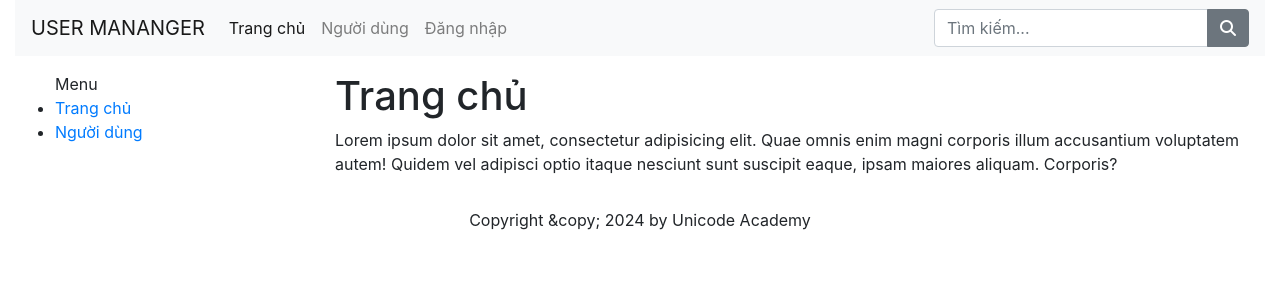
Repository: tam1512/USER_MANAGERMENT_MVC
Page: http://localhost/nguoi-dung
These files come from the project's save history. The page is drawn as it stood at one moment and after the next save; the edit follows.
The browser window is 1280 px wide. The pictures show the whole page.
The page is run by PHP 8.4 with error messages shown; the project is at /var/www/html/. Other server files are loaded and not shown.

Above is the page before, as saved 2024-04-04 16:33:16.

### index.php
<?php
use App\App;
session_start();
require_once 'bootstrap.php';

$app = new App();

### bootstrap.php
<?php
define("_WEB_PATH_ROOT", __DIR__);

//xử lý lấy ra web root
if(!empty($_SERVER['HTTPS']) && $_SERVER['HTTPS']=='on') {
   $protocol = 'https://';
} else {
   $protocol = 'http://';
}

$docRoot =  str_replace('\\','/',$_SERVER['DOCUMENT_ROOT']);
$pathRoot = str_replace('\\','/',_WEB_PATH_ROOT);
$path = preg_replace('~^'.$docRoot.'~', '', $pathRoot);
define("_WEB_HOST_ROOT", $protocol.$_SERVER['HTTP_HOST'].$path);

//load all config
$dataConfig = scandir('configs');
if(!empty($dataConfig)) {
   unset($dataConfig[0]);
   unset($dataConfig[1]);

   foreach($dataConfig as $item) {
      $path = "configs/$item";
      if(file_exists($path)) {
         require_once $path;
      }
   }
}

//load config Database and core database
if(!empty($config['database'])) {
   $config_data = $config['database'];

   if(!empty($config_data)) {
      require_once('core/Connection.php');
      require_once('core/QueryBuilder.php');
      require_once('core/Database.php');
      require_once('core/DB.php');
   }
}

//load all helpers
$dataHelper = scandir('app/helpers');
if(!empty($dataHelper)) {
   unset($dataHelper[0]);
   unset($dataHelper[1]);

   foreach($dataHelper as $item) {
      $path = "app/helpers/$item";
      if(file_exists($path)) {
         require_once $path;
      }
   }
}

//load all services
if(!empty($config['app']['services'])) {
   $allServices = $config['app']['services'];
   if(!empty($allServices)) {
      foreach($allServices as $service) {
         $className = getNameClass($service);
         $path = 'app/core/'.$className.'.php';
         if(file_exists($path)) {
            require_once($path);
      }
   }
}
}


// load core hash
require_once('core/Hash.php');

// load core routes
require_once('core/Routes.php');

//load core session
require_once('core/Session.php');

//load core helper
require_once('core/Helper.php');

//load core request
require_once('core/Request.php');

//load core response
require_once('core/Response.php');

//load core model
require_once('core/Model.php');

//load core template
require_once('core/Template.php');

//load core controller
require_once('core/Controller.php');

//load core load
require_once('core/Load.php');

//load core load
require_once('core/View.php');

//load core load
require_once('core/ServiceProvider.php');

//load core load
require_once('app/core/AppServiceProvider.php');

//load core middlewares
require_once('core/Middlewares.php');

//load all middlewares
$dataMiddlewares = scandir('app/middlewares');
if(!empty($dataMiddlewares)) {
   unset($dataMiddlewares[0]);
   unset($dataMiddlewares[1]);

   foreach($dataMiddlewares as $item) {
      $path = "app/middlewares/$item";
      if(file_exists($path)) {
         require_once $path;
      }
   }
}

//load app
require_once('app/App.php');

### configs/app.php
<?php
use App\Core\AppServiceProvider;
use App\Core\htmlHelper;
use App\Middlewares\AuthMiddleware;
use App\Middlewares\ParamsMiddleware;
$config['app'] = [
   'services' => [
      htmlHelper::class
   ],
   'routeMiddleware' => [
      // 'san-pham' => AuthMiddleware::class
   ],
   'globalMiddleware' => [
      // ParamsMiddleware::class
   ],
   'boot' => [
      AppServiceProvider::class
   ]
   ];

### configs/database.php
<?php
$config['database'] = [
   'host' => 'localhost',
   'user' => 'root',
   'pass' => '',
   'db' => 'mvc_base',
   'dbdriver' => 'mysql'
];

### configs/hash.php
<?php
$config['hash'] = [
   'type' => 'default'
];

### configs/routes.php
<?php
$routes['default_controller'] = 'home';

$routes['trang-chu'] = 'home';
$routes['nguoi-dung'] = 'user';
// $routes['san-pham/(.+)'] = 'product/detail/$1';

### configs/session.php
<?php
$config['session'] = [
   'session_key' => 'unicode_session'
];

### core/Connection.php
<?php
namespace App\Core;
use \PDO;
use \Exception;
use App\App;
class Connection {
   private static $conn;


   private function __construct($config_data) {
      try {
         if (class_exists('PDO')) {
            $dsn = $config_data['dbdriver'] . ':dbname=' . $config_data['db'] . ';host=' . $config_data['host'];

            $options = [
               PDO::MYSQL_ATTR_INIT_COMMAND => 'SET NAMES utf8',
               PDO::ATTR_ERRMODE => PDO::ERRMODE_EXCEPTION //Đẩy lỗi vào ngoại lệ truy vấn
            ];

               self::$conn = new PDO($dsn, $config_data['user'], $config_data['pass'], $options);
         }
      } catch (Exception $e) {
         App::$app->loadError('database', ['message' => $e->getMessage()]);
         exit();
      }
   }


   public static function getInstance($config_data) {
      if(self::$conn == null) {
         new Connection($config_data);
      }
      return self::$conn;
   }
}

### core/QueryBuilder.php
<?php
namespace App\Core;
trait QueryBuilder {
   private $tableName = '';
   private $where = '';
   private $field = '*';
   private $join = '';
   private $limit = '';
   private $orderBy = '';

   public function table($tableName) {
      $this->tableName = $tableName;
      return $this;
   }

   public function select($field) {
      $this->field = $field;
      return $this;
   }

   public function where($field, $compare, $value) {
      if(empty($this->where)) {
         $this->where = " WHERE $field $compare '$value'";
      } else {
         $this->where .= " AND $field $compare '$value'";
      }

      return $this;
   }

   public function orWhere($field, $compare, $value) {
      if(empty($this->where)) {
         $this->where = " WHERE $field $compare '$value'";
      } else {
         $this->where .= " OR $field $compare '$value'";
      }

      return $this;
   }

   public function whereLike($field, $value) {
      if(empty($this->where)) {
         $this->where = " WHERE $field LIKE '$value'";
      } else {
         $this->where .= " AND $field LIKE '$value'";
      }

      return $this;
   }

   public function limit($number, $offset = 0) {
      $this->limit = " LIMIT $offset, $number";
      return $this;
   }

   public function orderBy($field, $type='ASC') {
      $fieldArr = array_filter(explode(',', $field));
      if(!empty($fieldArr) && count($fieldArr) >= 2) {
         //ORDER BY id ASC, fullname DESC (multi order by)
         $this->orderBy = " ORDER BY ".implode(', ', $fieldArr);
      } else {
         //ORDER BY id ASC
         $this->orderBy = " ORDER BY $field $type";
      }
      return $this;
   }
   public function join($name, $condition) {
         $this->join .= " INNER JOIN $name ON $condition";
         return $this;
   }

   public function leftJoin($name, $condition) {
         $this->join .= " LEFT JOIN $name ON $condition";
         return $this;
   }

   public function rightJoin($name, $condition) {
         $this->join .= " RIGHT JOIN $name ON $condition";
         return $this;
   }

   public function fullJoin($name, $condition) {
         $this->join .= " FULL OUTER JOIN $name ON $condition";
         return $this;
   }

   public function get() {
      $sql = "SELECT $this->field FROM $this->tableName $this->join $this->where $this->orderBy $this->limit";
      echo $sql;
      $this->resetQueryBuilder();
      return $this->getRaw($sql);
   }

   public function first() {
      $sql = "SELECT $this->field FROM $this->tableName $this->join $this->where $this->orderBy $this->limit";
      $this->resetQueryBuilder();
      return $this->firstRaw($sql);
   }

   public function insert($data) {
      return $this->insertData($this->tableName, $data);
   }

   public function lastId() {
      return $this->lastInsertId();
   }

   public function update($data) {
      $condition = trim(trim($this->where), 'WHERE');
      return $this->updateData($this->tableName, $data, $condition);
   }

   public function delete() {
      $condition = trim(trim($this->where), 'WHERE');
      return $this->deleteData($this->tableName, $condition);
   }

   public function count() {
      $sql = "SELECT $this->field FROM $this->tableName $this->join $this->where $this->orderBy $this->limit";
      $this->resetQueryBuilder();
      return $this->getRows($sql);
   }
   private function resetQueryBuilder() {
      $this->tableName = '';
      $this->where = '';
      $this->field = '*';
      $this->join = '';
      $this->limit = '';
      $this->orderBy = '';
   }
}

### core/Database.php
<?php
namespace App\Core;
use \Exception;
use \PDO;
class Database {
   use QueryBuilder;
   private $__conn = null;
   private $sql = null;
   public function __construct() {
      global $config_data;
      $this->__conn = Connection::getInstance($config_data);
   }

   public function query($sql, $data=[], $statementStatus = false) {
      $this->sql = $sql;
      $query = false;
      // echo $sql;
      try{
         $statement = $this->__conn->prepare($this->sql);
         if(empty($data)) {
            $query = $statement->execute();
         } else {
            $query = $statement->execute($data);
         }
      }catch(Exception $e){
         echo $e->getMessage();
         echo '<br/>';
         echo '<p><b>SQL Query :</b> <i>'.$this->sql.'</i></p>';
         exit();
      }

      if($statementStatus && $query) {
         return $statement;
      }

      return $query;
   }

   private function fetch($sql) {
      $statement = $this->query($sql, [], true);

      if(is_object($statement)) {
         return $statement;
      }
      return false;
   }

   function getRaw($sql) {
      $statement = $this->fetch($sql);

      if(!empty($statement)) {
         return $statement->fetchAll(PDO::FETCH_ASSOC);
      }
      return false;
   }

   function firstRaw($sql) {
      $statement = $this->fetch($sql);

      if(!empty($statement)) {
         return $statement->fetch(PDO::FETCH_ASSOC);
      }
      return false;
   }

   function insertData($table, $dataInsert) {
      $arrKeys = array_keys($dataInsert);
      $fieldStr = implode(', ', $arrKeys);

      $valueStr = ':'.implode(', :', $arrKeys);

      $sql = "INSERT INTO $table($fieldStr) VALUES ($valueStr);";

      return $this->query($sql, $dataInsert);
   }

   function updateData($table, $dataUpdate, $condition) {
      $updateStr = '';
      foreach($dataUpdate as $key => $value) {
         $updateStr .= $key.' = :'.$key . ', ';
      }
      $updateStr = rtrim($updateStr, ', ');

      if(empty($condition)) {
         $sql = "UPDATE $table SET $updateStr";
      } else {
         $sql = "UPDATE $table SET $updateStr WHERE $condition";
      }
      return $this->query($sql, $dataUpdate);
   }
   function deleteData($table, $condition = '') {
      $sql = '';
      if(empty($condition)) {
         $sql = "DELETE FROM $table";
      } else {
         $sql = "DELETE FROM $table WHERE $condition";
      }

      return $this->query($sql);
   }

   // Lấy ra số dòng truy vấn
   function getRows($sql) {
      $statement = $this->fetch($sql);
      if(!empty($statement)) {
         return $statement->rowCount();
      }
      return false;
   }

   // Lấy ra id vừa insert
   function lastInsertId() {
      return $this->__conn->lastInsertId();
   }

   function getPdo() {
      return $this->__conn;
   }
}

### core/DB.php
<?php
namespace App\Core;
class DB {
   public $db = null;

   public function __construct() {
      $this->db = new Database();
   }
}

### app/helpers/functions.php
<?php
   function getNameClass($namespace) {
      if(preg_match('~\\\~', $namespace)) {
         $namespaceArr = explode('\\', $namespace);
         $className = end($namespaceArr);
      } else {
         $className = $namespace;
      }
      return $className;
   }

### app/core/htmlHelper.php
<?php
namespace App\Core;
class htmlHelper {
   static function openForm($method='get', $action ='') {
      echo '<form method="'.$method.'" action="'.$action.'">';
   }
   static function closeForm() {
      echo '</form>';
   }

   static function input($before='', $after='', $type='text', $name, $value='', $class='', $id='', $placeholder='') {
      echo $before.'<input type="'.$type.'" class="'.$class.'" id="'.$id.'" name="'.$name.'" value ="'.$value.'" placeholder="'.$placeholder.'">'.$after;
   }

   static function button($before="", $after='', $type='button', $class='', $id='', $content, $name='') {
      echo $before.'<button type="'.$type.'" class="'.$class.'" id="'.$id.'" name="'.$name.'">'.$content.'</button>'.$after;
   }
}

### core/Hash.php
<?php
namespace App\Core;
class Hash {
   public static function make($password) {
      global $config;

      $algo = [
         'default' => PASSWORD_DEFAULT,
         'bcrypt' => PASSWORD_BCRYPT,
         'argon2i' => PASSWORD_ARGON2I,
         'argon2id' => PASSWORD_ARGON2ID
      ];

      if(!empty($config['hash'])) {
         $configHash = $config['hash'];
         $type = $configHash['type'] ?? null;

         if(!empty($algo[$type])) {
            return password_hash($password, $algo[$type]);
         }

      }
      return false;
   }

   public static function check($password, $hash) {
      return password_verify($password, $hash);
   }
}

### core/Routes.php
<?php
namespace App\Core;
class Routes {
   private $__routeKey;
   public function handleRoutes($url) {
      global $routes;
      unset($routes['default_controller']);
      $urlHandle = trim($url, '/');
      if(!empty($routes)) {
         foreach($routes as $key=>$value) {
            if(preg_match('~^'.$key.'$~is', $urlHandle)) {
               $urlHandle = preg_replace('~^'.$key.'$~is', $value, $urlHandle);
               $this->__routeKey = $key;
            }
         }
      }
      return $urlHandle;
   }

   public function getRouteKey() {
      return $this->__routeKey;
   }
}

### core/Session.php
<?php
namespace App\Core;
use App\App;
class Session {
   public static function data($key='', $value='') {
      $sessionKey = self::isInvalid();

      if(!empty($sessionKey)) {
         if(!empty($key)) {
            if(!empty($value)) {
               $_SESSION[$sessionKey][$key] = $value;
               return true;
            } else {
               if(isset($_SESSION[$sessionKey][$key]))
               return $_SESSION[$sessionKey][$key];
            }
         } else {
            if(isset($_SESSION[$sessionKey]))
            return $_SESSION[$sessionKey];
         }
      }
      return false;
   }

   public static function delete($key='') {
      $sessionKey = self::isInvalid();
      if(!empty($sessionKey)) {
         if(!empty($key)) {
            unset($_SESSION[$sessionKey][$key]);
            return true;
         } else {
            unset($_SESSION[$sessionKey]);
            return true;
         }
      }
      return false;
   }

//tạo => tương tự data, gọi => tự động xóa
   public static function flash($key='', $value='') {
      $flashData = self::data($key, $value);
      if(empty($value)) {
         self::delete($key);
         return $flashData;
      }
   }

   static public function showErrors($message) {
      $data = ['message' => $message];
      App::$app->loadError('exception', $data);
      die();
   }

   static public function isInvalid() {
      global $config;
      if(!empty($config['session'])) {
         $sessionConfig = $config['session'];
         if(!empty($sessionConfig['session_key'])) {
            $sessionKey = $sessionConfig['session_key'];
            return $sessionKey;
         } else {
            self::showErrors('Thiếu cấu hình session_key. Vui lòng kiểm tra file configs/session.php');
         }
      } else {
         self::showErrors('Thiếu cấu hình session_key. Vui lòng kiểm tra file configs/session.php');
      }
      return false;
   }
}

### core/Helper.php
<?php
use App\core\Session;
$errors = Session::flash('errors');
$old = Session::flash('old');

if(!function_exists('form_error')) {
   function form_error($fieldName, $before='', $after='') {
      global $errors;
      if(!empty($errors[$fieldName])) {
         return $before.'<i>'.$errors[$fieldName].'</i>'.$after;
      }
      return false;
   }
}

if(!function_exists('old')) {
   function old($fieldName, $default = '') {
      global $old;
      if(!empty($old[$fieldName])) {
         return $old[$fieldName];
      }
      return $default;
   }
}

### core/Response.php
<?php
namespace App\Core;
class Response {
   public function redirect($uri = '') {
      if(preg_match('~~^http|https~', $uri)) {
         $url = $uri;
      } else {
         $url = _WEB_HOST_ROOT.'/'.$uri;
      }
      header('Location: '.$url);
      exit();
   }
}

### core/Model.php
<?php
namespace App\Core;
abstract class Model extends Database{
   protected $db;
   public function __construct() {
      $this->db = new Database();
   }

   abstract function tableFill();
   abstract function fieldFill();
   abstract function primaryKey();

   function all($condition = '') {
      $table = $this->tableFill();
      $field = $this->fieldFill();
      if(empty($field)) {
         $field = '*';
      }
      if(empty($condition)) {
         $query = "SELECT $field FROM $table";
      } else {
         $query = "SELECT $field FROM $table WHERE $condition";
      }

      $data = $this->db->getRaw($query);

      return $data;
   }

   function find($id) {
      $table = $this->tableFill();
      $field = $this->fieldFill();
      $primaryKey = $this->primaryKey();
      if(empty($field)) {
         $field = '*';
      }
      $query = "SELECT $field FROM $table WHERE $primaryKey = $id";

      $data = $this->db->firstRaw($query);

      return $data;
   }
}

### core/Controller.php
<?php
namespace App\Core;
class Controller {
   public $db = null;
   public function model($model) {
      $path = _WEB_PATH_ROOT.'\app\models\\'.$model.'.php';
      if(file_exists($path)) {
         require_once $path;

         $nameClass = 'App\Models\\'.$model;
         if(class_exists($nameClass)) {
            $model = new $nameClass();
            return $model;
         }

      }
      return false;
   }

   public function render($view, $data = []) {
      if(!empty(View::$dataShare)) {
         $data = array_merge($data, View::$dataShare);
      }
      $path = _WEB_PATH_ROOT."\app\\views\\".$view.".php";
      if(preg_match('~^layout~', $view)) {
         if(file_exists($path)) {
            extract($data);
            require_once($path);
         }
      } else {
         if(file_exists($path)) {
            $contentView = file_get_contents($path);
            $template = new Template();
            $template->run($contentView, $data);
         }
      }
   }
}

?>

### core/Load.php
<?php
namespace App\Core;
class Load {
   public static function model($model) {
      $path = _WEB_PATH_ROOT.'\app\models\\'.$model.'.php';
      if(file_exists($path)) {
         require_once $path;

         $nameClass = 'App\Models\\'.$model;
         if(class_exists($nameClass)) {
            $model = new $nameClass();
            return $model;
         }

      }
      return false;
   }

   public static function render($view, $data = []) {
      extract($data);
      $path = _WEB_PATH_ROOT."\app\\views\\".$view.".php";
      if(file_exists($path)) {
         require_once($path);
      }
   }
}

?>

### core/View.php
<?php
namespace App\Core;
abstract class View {
   static $dataShare = [];
   static function share($data) {
      self::$dataShare = $data;
   }
}

### core/ServiceProvider.php
<?php
namespace App\Core;
abstract class ServiceProvider {
   public $db;
   abstract function boot();
}

### app/core/AppServiceProvider.php
<?php
namespace App\Core;
class AppServiceProvider extends ServiceProvider {
   public function boot() {
      // $data['userInfo'] = $this->db->table('users')->where('id', '=', 1)->first();
      // $data['copyright'] = 'Copyright (c) 2024';
      // View::share($data);
   }
}

### core/Middlewares.php
<?php
namespace App\Core;
abstract class Middlewares {
   public $db;
   abstract function handle();
}

### app/middlewares/AuthMiddleware.php
<?php
namespace App\Middlewares;
use App\Core\{Middlewares, Session, Response};

class AuthMiddleware extends Middlewares {

   public function handle() {
      // if(empty(Session::data('login_admin'))) {
      //    $response = new Response();
      //    $response->redirect('trang-chu');
      // }
   }
}

### app/middlewares/GuestMiddleware.php
<?php
namespace App\Middlewares;
use App\Core\{Middlewares, Session, Response};
use App\App;

class GuestMiddleware extends Middlewares {

   public function handle() {
      $path = trim(App::$app->getUrl(), '/');
      $include = [
         'dang-nhap',
         'dang-ky'
      ];
      if(in_array($path, $include) && Session::data('user_login')) {
         $response = new Response();
         $response->redirect('');
      }
   }
}

### app/middlewares/LoginMiddleware.php
<?php
namespace App\Middlewares;
use App\Core\{Middlewares, Session, Response};

class LoginMiddleware extends Middlewares {

   public function handle() {
   //todo
   }
}

### app/middlewares/ParamsMiddleware.php
<?php
namespace App\Middlewares;
use App\Core\{Middlewares, Response};
use App\App;
class ParamsMiddleware extends Middlewares {
   public function handle() {
      // if(!empty($_SERVER['QUERY_STRING'])) {
      //    $response = new Response();
      //    $response->redirect(trim(App::$app->getUrl(), '/'));
      // }
   }
}

### app/controllers/Home.php
<?php
namespace App\Controllers;
use App\Core\{Controller, Request, Response, Session, View};
class Home extends Controller {
   private $model, $data = [];
   public function __construct() {
      $this->model = $this->model("Home");
   }
   public function index() {
      $this->data = [
         'header_content' => [
            'title' => 'Trang chủ'
         ],
         'footer_content' => [
            'copyright' => 'Copyright &copy; 2024 by Unicode Academy'
         ],
         'content' => 'user/index',
         'sub_content' => [
            'title' => 'Trang chủ'
         ]
      ];
      $this->render('layouts/layout', $this->data);
   }
}

### app/models/Home.php
<?php
namespace App\Models;
use App\Core\Model;
class Home extends Model{
   private $table = 'products';

   function tableFill() {
      return 'users';
   }

   function fieldFill() {
      return 'id, fullname';
   }

   function primaryKey() {
      return 'id';
   }
   public function index() {
      $data = [
         'fullname' => 'Thanh Tam',
         'email' => 'thanh.tam@gmail.com',
         'password' => '123456789'
      ];
      return $this->db->table('users')->count();
   }
   public function getList() {
      $data = [
         'sp1',
         'sp2',
         'sp3',
         'sp4',
      ];
      return $data;
   }
}

### app/views/layouts/layout.php
<?php
   $this->render('blocks\clients\header', $header_content);
   $this->render('blocks\clients\sidebar');
   $this->render($content, $sub_content);
   $this->render('blocks\clients\footer', $footer_content);
?>

### app/views/blocks/clients/header.php
<!DOCTYPE html>
<html lang="en">
<head>
   <meta charset="UTF-8">
   <meta name="viewport" content="width=device-width, initial-scale=1.0">
   <title>{{$title}}</title>
   <link rel="stylesheet" href="https://cdnjs.cloudflare.com/ajax/libs/font-awesome/6.5.1/css/all.min.css"/>
   <link rel="stylesheet" href="https://cdn.jsdelivr.net/npm/bootstrap@4.6.2/dist/css/bootstrap.min.css">
   <link rel="stylesheet" href="{{_WEB_HOST_ROOT}}/public/assets/clients/css/style.css">
</head>
<body>
   <div class="container-fluid">
      <header>
         <nav class="navbar navbar-expand-lg navbar-light bg-light">
            <a href="{{_WEB_HOST_ROOT}}" class="navbar-brand">USER MANANGER</a>
            <button class="navbar-toggler" type="button" data-toggle="collapse" data-target="#navbar">
               <span class="navbar-toggle-icon"></span>
            </button>
            <div class="collapse navbar-collapse" id="navbar">
               <ul class="navbar-nav mr-auto">
                  <li class="nav-item active">
                     <a href="{{_WEB_HOST_ROOT}}" class="nav-link">Trang chủ</a>
                  </li>
                  <li class="nav-item">
                     <a href="{{_WEB_HOST_ROOT}}/nguoi-dung" class="nav-link">Người dùng</a>
                  </li>
                  <li class="nav-item">
                     <a href="{{_WEB_HOST_ROOT}}/auth/login" class="nav-link">Đăng nhập</a>
                  </li>
               </ul>
               <form action="">
                  <div class="form-inline my-2 my-lg-0">
                     <div class="input-group">
                        <input type="text" class="form-control" placeholder="Tìm kiếm...">
                        <div class="input-group-append">
                           <button class="btn btn-secondary" type="submit">
                           <i class="fa fa-search"></i>
                           </button>
                        </div>
                     </div>
                  </div>
               </form>
            </div>
         </nav>
      </header>
      <main class="py-3">

### app/views/blocks/clients/sidebar.php
<div class="row">
   <div class="col-3">
      <ul class="d-flex flex-column"> Menu
         <li><a href="{{_WEB_HOST_ROOT}}">Trang chủ</a></li>
         <li><a href="{{_WEB_HOST_ROOT}}/nguoi-dung">Người dùng</a></li>
      </ul>
   </div>

### app/views/user/index.php
<div class="col-9">
   <h1>{{$title}}</h1>
   <p>Lorem ipsum dolor sit amet, consectetur adipisicing elit. Quae omnis enim magni corporis illum accusantium voluptatem autem! Quidem vel adipisci optio itaque nesciunt sunt suscipit eaque, ipsam maiores aliquam. Corporis?</p>
</div>

### app/views/blocks/clients/footer.php

      </main>
      <footer>
         <p class="text-center">{{$copyright}}</p>
      </footer>
   </div>
   <script src="https://cdn.jsdelivr.net/npm/jquery@3.5.1/dist/jquery.slim.min.js"></script>
   <script src="https://cdn.jsdelivr.net/npm/bootstrap@4.6.2/dist/js/bootstrap.bundle.min.js"></script>
   <script src="{{_WEB_HOST_ROOT}}/public/assets/clients/js/app.js"></script>
</body>
</html>

### public/assets/clients/css/style.css
td, th {
   white-space: nowrap;
}

Loaded but not shown: public/assets/clients/js/app.js (1 lines, source omitted); core/Request.php (176 lines, source omitted); app/App.php (184 lines, source omitted); core/Template.php (140 lines, source omitted)

After the next save:
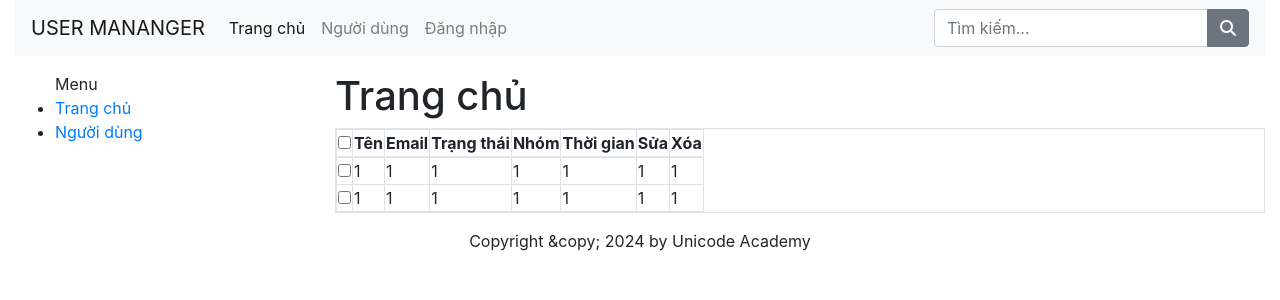
Saved 4 min 26 s later.
--- a/app/views/user/index.php
+++ b/app/views/user/index.php
@@ -1,4 +1,39 @@
 <div class="col-9">
    <h1>{{$title}}</h1>
-   <p>Lorem ipsum dolor sit amet, consectetur adipisicing elit. Quae omnis enim magni corporis illum accusantium voluptatem autem! Quidem vel adipisci optio itaque nesciunt sunt suscipit eaque, ipsam maiores aliquam. Corporis?</p>
+   <table class="tabele table-bordered table-responsive">
+      <thead>
+         <tr>
+            <th><input type="checkbox" name="chooseUser" id="checkAllUser"></th>
+            <th>Tên</th>
+            <th>Email</th>
+            <th>Trạng thái</th>
+            <th>Nhóm</th>
+            <th>Thời gian</th>
+            <th>Sửa</th>
+            <th>Xóa</th>
+         </tr>
+      </thead>
+      <tbody>
+         <tr>
+            <td><input type="checkbox" name="" id=""></td>
+            <td>1</td>
+            <td>1</td>
+            <td>1</td>
+            <td>1</td>
+            <td>1</td>
+            <td>1</td>
+            <td>1</td>
+         </tr>
+         <tr>
+            <td><input type="checkbox" name="" id=""></td>
+            <td>1</td>
+            <td>1</td>
+            <td>1</td>
+            <td>1</td>
+            <td>1</td>
+            <td>1</td>
+            <td>1</td>
+         </tr>
+      </tbody>
+   </table>
 </div>
